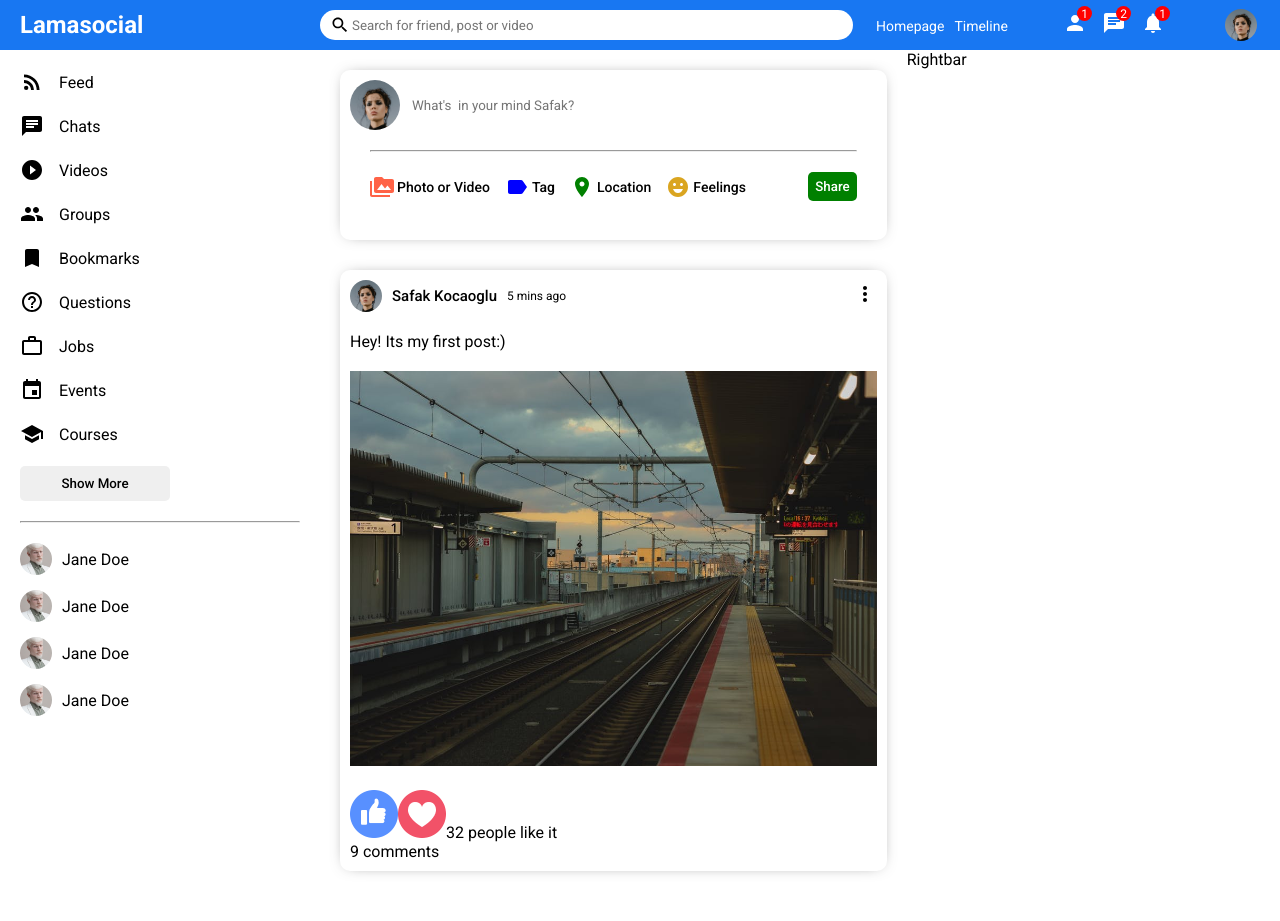
Repository: nazlinres01/react-social
Page: / (app in client/)
An editor plug-in stored every save of this project. The page is shown before and after the next save, followed by the edit.
The browser window is 1280 px wide. The pictures show the whole page.
The project was rebuilt for these pictures with package versions that can differ from the ones it lists, and the page was loaded fresh each time.

Above is the page before, as saved 2024-06-13 11:37:16.

### client/public/index.html
<!DOCTYPE html>
<html lang="en">

<head>
  <meta charset="utf-8" />
  <meta name="viewport" content="width=device-width, initial-scale=1" />
  <meta name="description" content="Web site created using create-react-app" />
  <link
    href="https://fonts.googleapis.com/css2?family=Roboto:ital,wght@0,100;0,300;0,400;0,500;0,700;0,900;1,100;1,300;1,400;1,500;1,700;1,900&display=swap"
    rel="stylesheet">
    <link rel="stylesheet" href="style.css">
  <title>Social App</title>
</head>

<body>
  <noscript>You need to enable JavaScript to run this app.</noscript>
  <div id="root"></div>
</body>

</html>

### client/src/App.js
import Home from "./pages/home/Home";

function App() {
  return <Home />
}

export default App;

### client/src/pages/home/Home.jsx
import Feed from "../../components/feed/Feed";
import Rightbar from "../../components/rightbar/Rightbar";
import Sidebar from "../../components/sidebar/Sidebar";
import Topbar from "../../components/topbar/Topbar";
import "./home.css"

export default function Home() {
    return (
        <>
            <Topbar />
            <div className="homeContainer">
                <Sidebar />
                <Feed />
                <Rightbar />

            </div>

        </>
    );
}

### client/src/components/feed/Feed.jsx
import Post from "../post/Post"
import Share from "../share/Share"
import "./feed.css"

export default function Feed() {
    return (
        <div className="feed">
            <div className="feedWrapper">
                <Share />
                <Post />

            </div>
        </div>
    )
}

### client/src/components/rightbar/Rightbar.jsx
import "./rightbar.css"

export default function Rightbar() {
    return (
        <div className="rightbar">
            Rightbar</div>
    )
}

### client/src/components/sidebar/Sidebar.jsx
import "./sidebar.css"
import { Bookmark, Chat, Event, Group, HelpOutline, PlayCircleFilledOutlined, RssFeed, School, WorkOutline } from "@material-ui/icons"

export default function Sidebar() {
    return (
        <div className="sidebar">
            <div className="sidebarWrapper">
                <ul className="sidebarList">
                    <li className="sidebarListItem">
                        <RssFeed className="sidebarIcon" />
                        <span className="sidebarListItemText">Feed</span>
                    </li>
                    <li className="sidebarListItem">
                        <Chat className="sidebarIcon" />
                        <span className="sidebarListItemText">Chats</span>
                    </li>
                    <li className="sidebarListItem">
                        <PlayCircleFilledOutlined className="sidebarIcon" />
                        <span className="sidebarListItemText">Videos</span>
                    </li>
                    <li className="sidebarListItem">
                        <Group className="sidebarIcon" />
                        <span className="sidebarListItemText">Groups</span>
                    </li>
                    <li className="sidebarListItem">
                        <Bookmark className="sidebarIcon" />
                        <span className="sidebarListItemText">Bookmarks</span>
                    </li>
                    <li className="sidebarListItem">
                        <HelpOutline className="sidebarIcon" />
                        <span className="sidebarListItemText">Questions</span>
                    </li>
                    <li className="sidebarListItem">
                        <WorkOutline className="sidebarIcon" />
                        <span className="sidebarListItemText">Jobs</span>
                    </li>
                    <li className="sidebarListItem">
                        <Event className="sidebarIcon" />
                        <span className="sidebarListItemText">Events</span>
                    </li>
                    <li className="sidebarListItem">
                        <School className="sidebarIcon" />
                        <span className="sidebarListItemText">Courses</span>
                    </li>
                </ul>
                <button className="sidebarButton">Show More</button>
                <hr className="sidebarHr" />
                <ul className="sidebarFriendList">
                    <li className="sidebarFriend">
                        <img className="sidebarFriendImg" src="/assets/person/2.jpeg" alt="" />
                        <span className="sidebarFriendName">Jane Doe</span>
                    </li>
                    <li className="sidebarFriend">
                        <img className="sidebarFriendImg" src="/assets/person/2.jpeg" alt="" />
                        <span className="sidebarFriendName">Jane Doe</span>
                    </li>
                    <li className="sidebarFriend">
                        <img className="sidebarFriendImg" src="/assets/person/2.jpeg" alt="" />
                        <span className="sidebarFriendName">Jane Doe</span>
                    </li>
                    <li className="sidebarFriend">
                        <img className="sidebarFriendImg" src="/assets/person/2.jpeg" alt="" />
                        <span className="sidebarFriendName">Jane Doe</span>
                    </li>
                    <li className="sidebarFriend">
                        <img className="sidebarFriendImg" src="/assets/person/2.jpeg" alt="" />
                        <span className="sidebarFriendName">Jane Doe</span>
                    </li>
                    <li className="sidebarFriend">
                        <img className="sidebarFriendImg" src="/assets/person/2.jpeg" alt="" />
                        <span className="sidebarFriendName">Jane Doe</span>
                    </li>
                    <li className="sidebarFriend">
                        <img className="sidebarFriendImg" src="/assets/person/2.jpeg" alt="" />
                        <span className="sidebarFriendName">Jane Doe</span>
                    </li>
                    <li className="sidebarFriend">
                        <img className="sidebarFriendImg" src="/assets/person/2.jpeg" alt="" />
                        <span className="sidebarFriendName">Jane Doe</span>
                    </li>
                    <li className="sidebarFriend">
                        <img className="sidebarFriendImg" src="/assets/person/2.jpeg" alt="" />
                        <span className="sidebarFriendName">Jane Doe</span>
                    </li>
                    <li className="sidebarFriend">
                        <img className="sidebarFriendImg" src="/assets/person/2.jpeg" alt="" />
                        <span className="sidebarFriendName">Jane Doe</span>
                    </li>
                    <li className="sidebarFriend">
                        <img className="sidebarFriendImg" src="/assets/person/2.jpeg" alt="" />
                        <span className="sidebarFriendName">Jane Doe</span>
                    </li>
                    <li className="sidebarFriend">
                        <img className="sidebarFriendImg" src="/assets/person/2.jpeg" alt="" />
                        <span className="sidebarFriendName">Jane Doe</span>
                    </li>
                    <li className="sidebarFriend">
                        <img className="sidebarFriendImg" src="/assets/person/2.jpeg" alt="" />
                        <span className="sidebarFriendName">Jane Doe</span>
                    </li>
                </ul>
            </div>
        </div>
    )
}

### client/src/components/topbar/Topbar.jsx
import "./topbar.css"
import { Search, Person, Chat, Notifications } from "@material-ui/icons"

export default function Topbar() {
  return (
    <div className="topbarContainer">
      <div className="topbarLeft">
        <span className="logo">Lamasocial</span>
      </div>
      <div className="topbarCenter">
        <div className="searchbar">
          <Search className="searchIcon" />
          <input placeholder="Search for friend, post or video" className="searchInput" />
        </div>
      </div>
      <div className="topbarRight">
        <div className="topbarLinks">
          <span className="topbarLink">Homepage</span>
          <span className="topbarLink">Timeline</span>
        </div>
        <div className="topbarIcons">
          <div className="topbarIconItem">
            <Person />
            <span className="topbarIconBadge">1</span>
          </div>
          <div className="topbarIconItem">
            <Chat />
            <span className="topbarIconBadge">2</span>
          </div>
          <div className="topbarIconItem">
            <Notifications />
            <span className="topbarIconBadge">1</span>
          </div>
        </div>
        <img src="/assets/person/1.jpeg" alt="" className="topbarImg" />
      </div>

    </div>
  )
}

### client/src/components/post/Post.jsx
import { MoreVert } from "@material-ui/icons"
import "./post.css"

export default function Post() {
    return (
        <div className="post">
            <div className="postWrapper">
                <div className="postTop">
                    <div className="postTopLeft">
                        <img src="/assets/person/1.jpeg" alt="" className="postProfileImg" />
                        <span className="postUsername">Safak Kocaoglu</span>
                        <span className="postDate">5 mins ago</span>

                    </div>
                    <div className="postTopRight">
                        <MoreVert />
                    </div>

                </div>
                <div className="postCenter">
                    <span className="postText">Hey! Its my first post:)</span>
                    <img className="postImg" src="assets/post/1.jpeg" alt="" />
                </div>
                <div className="postBottom">
                    <div className="postBottomLeft">
                        <img className="likeIcon" src="assets/like.png" alt="" />
                        <img className="likeIcon" src="assets/heart.png" alt="" />
                        <span className="postLikeCounter">32 people like it</span>
                    </div>
                    <div className="postBottomRight">
                        <span className="postCommentText">9 comments</span>
                    </div>

                </div>

            </div>

        </div>
    )
}

### client/src/components/share/Share.jsx
import "./share.css";
import { PermMedia, Label, Room, EmojiEmotions } from "@material-ui/icons";

export default function Share() {
    return (
        <div className="share">
            <div className="shareWrapper">
                <div className="shareTop">
                    <img src="/assets/person/1.jpeg" alt="" className="shareProfileImg" />
                    <input placeholder="What's  in your mind Safak?" className="shareInput" />
                </div>
                <hr className="shareHr" />
                <div className="shareBottom">
                    <div className="shareOptions">
                        <div className="shareOption">
                            <PermMedia htmlColor="tomato" className="shareIcon" />
                            <span className="shareOptionText">Photo or Video</span>
                        </div>
                        <div className="shareOption">
                            <Label htmlColor="blue" className="shareIcon" />
                            <span className="shareOptionText">Tag</span>
                        </div>
                        <div className="shareOption">
                            <Room htmlColor="green" className="shareIcon" />
                            <span className="shareOptionText">Location</span>
                        </div>
                        <div className="shareOption">
                            <EmojiEmotions htmlColor="goldenrod" className="shareIcon" />
                            <span className="shareOptionText">Feelings</span>
                        </div>
                    </div>
                    <button className="shareButton">Share</button>
                </div>
            </div>
        </div>
    )
}

### client/src/components/rightbar/rightbar.css
.rightbar {
    flex: 3.5;
}

### client/src/components/sidebar/sidebar.css
.sidebar {
    flex: 3;
    height: calc(100vh - 50px);
    overflow-y: scroll;
}

::-webkit-scrollbar {
    width: 5px;
}

::-webkit-scrolbar-track {
    background-color: #f1f1f1;
}

::-webkit-scrollbar-thumb {
    background-color: rgb(179, 179, 179);
}

.sidebarWrapper {
    padding: 20px;
}

.sidebarList {
    padding: 0;
    margin: 0;
    list-style: none;
}

.sidebarListItem {
    display: flex;
    align-items: center;
    margin-bottom: 20px;
}

.sidebarIcon {
    margin-right: 15px;
}

.sidebarButton {
    width: 150px;
    border: none;
    padding: 10px;
    border-radius: 5px;
    font-weight: 500;
}

.sidebarHr {
    margin: 20px 0;
}

.sidebarFriendList {
    padding: 0;
    margin: 0;
    list-style: none;
}

.sidebarFriend {
    display: flex;
    align-items: center;
    margin-bottom: 15px;
}

.sidebarFriendImg {
    width: 32px;
    height: 32px;
    border-radius: 50%;
    object-fit: cover;
    margin-right: 10px;
}

### client/src/components/topbar/topbar.css
.topbarContainer {
    height: 50px;
    width: 100%;
    background-color: #1877f2;
    display: flex;
    align-items: center;
    position: sticky;
    top: 0;
}

.topbarLeft {
    flex: 3;
}

.logo {
    font-size: 24px;
    margin-left: 20px;
    font-weight: bold;
    color: white;
    cursor: pointer;
}

.topbarCenter {
    flex: 5;
}

.searchbar {
    width: 100%;
    height: 30px;
    background-color: white;
    border-radius: 30px;
    display: flex;
    align-items: center;
}

.searchIcon {
    font-size: 20px !important;
    margin-left: 10px;
}

.searchInput {
    border: none;
    width: 70%;
}

.searchInput:focus {
    outline: none;
}

.topbarRight {
    flex: 4;
    display: flex;
    align-items: center;
    justify-content: space-around;
    color: white;
}

.topbarLink {
    margin-right: 10px;
    font-size: 14px;
    cursor: pointer;
}

.topbarIcons {
    display: flex;
}

.topbarIconItem {
    margin-right: 15px;
    cursor: pointer;
    position: relative;

}

.topbarIconBadge {
    width: 15px;
    height: 15px;
    background-color: red;
    border-radius: 50%;
    color: white;
    position: absolute;
    top: -5px;
    right: -5px;
    display: flex;
    align-items: center;
    justify-content: center;
    font-size: 12px;
}

.topbarImg {
    width: 32px;
    height: 32px;
    border-radius: 50%;
    object-fit: cover;
    cursor: pointer;
}

### client/src/components/post/post.css
.post {
    width: 100%;
    border-radius: 10px;
    -webkit-box-shdow: 0px 0px 16px -8px rgba(0, 0, 0, 0.68);
    box-shadow: 0px 0px 16px -8px rgba(0, 0, 0, 0.68);
    margin: 30px 0;
}

.postWrapper {
    padding: 10px;
}

.postTop {
    display: flex;
    align-items: center;
    justify-content: space-between;
}

.postTopLeft {
    display: flex;
    align-items: center;
}

.postProfileImg {
    width: 32px;
    height: 32px;
    border-radius: 50%;
    object-fit: cover;
}

.postUsername {
    font-size: 15px;
    font-weight: 500;
    margin: 0 10px;
}

.postDate {
    font-size: 12px;
}

.postCenter {
    margin: 20px 0;
}

.postImg {
    margin-top: 20px;
    width: 100%;
    max-height: 500px;
    object-fit: contain;
}

### client/src/components/share/share.css
.share {
    width: 100%;
    height: 170px;
    border-radius: 10px;
    -webkit-box-shdow: 0px 0px 16px -8px rgba(0, 0, 0, 0.68);
    box-shadow: 0px 0px 16px -8px rgba(0, 0, 0, 0.68);
}

.shareWrapper {
    padding: 10px;
}

.shareTop {
    display: flex;
    align-items: center;
}

.shareProfileImg {
    width: 50px;
    height: 50px;
    border-radius: 50%;
    object-fit: cover;
    margin-right: 10px;
}

.shareInput {
    border: none;
    width: 80%;
}

.shareInput:focus {
    outline: none;
}

.shareHr {
    margin: 20px;
}

.shareBottom {
    display: flex;
    align-items: center;
    justify-content: space-between;
}

.shareOptions {
    display: flex;
    margin-left: 20px;
}

.shareOption {
    display: flex;
    align-items: center;
    margin-right: 15px;
    cursor: pointer;
}

.shareIcon {
    font-size: 18px;
    margin-right: 3px
}

.shareOptionText {
    font-size: 14px;
    font-weight: 500;
}

.shareButton {
    border: none;
    padding: 7px;
    border-radius: 5px;
    background-color: green;
    font-weight: 500;
    margin-right: 20px;
    cursor: pointer;
    color: white;
}

Loaded but not shown: client/src/index.js (common file); client/src/pages/home/home.css (common file); client/src/components/feed/feed.css (common file); client/public/style.css (common file)

After the next save:
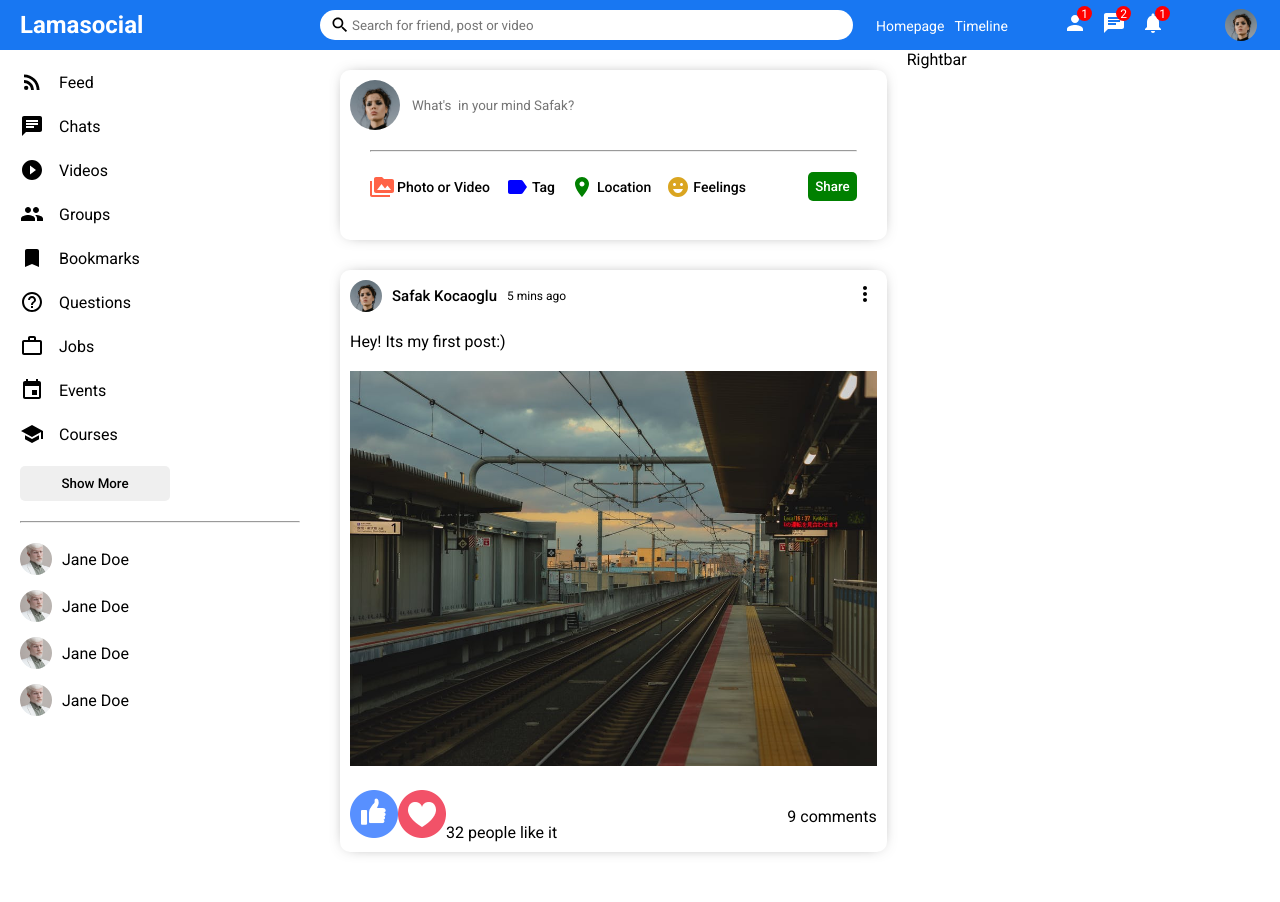
Saved 62 s later.
--- a/client/src/components/post/post.css
+++ b/client/src/components/post/post.css
@@ -48,3 +48,9 @@
     max-height: 500px;
     object-fit: contain;
 }
+
+.postBottom {
+    display: flex;
+    align-items: center;
+    justify-content: space-between;
+}
